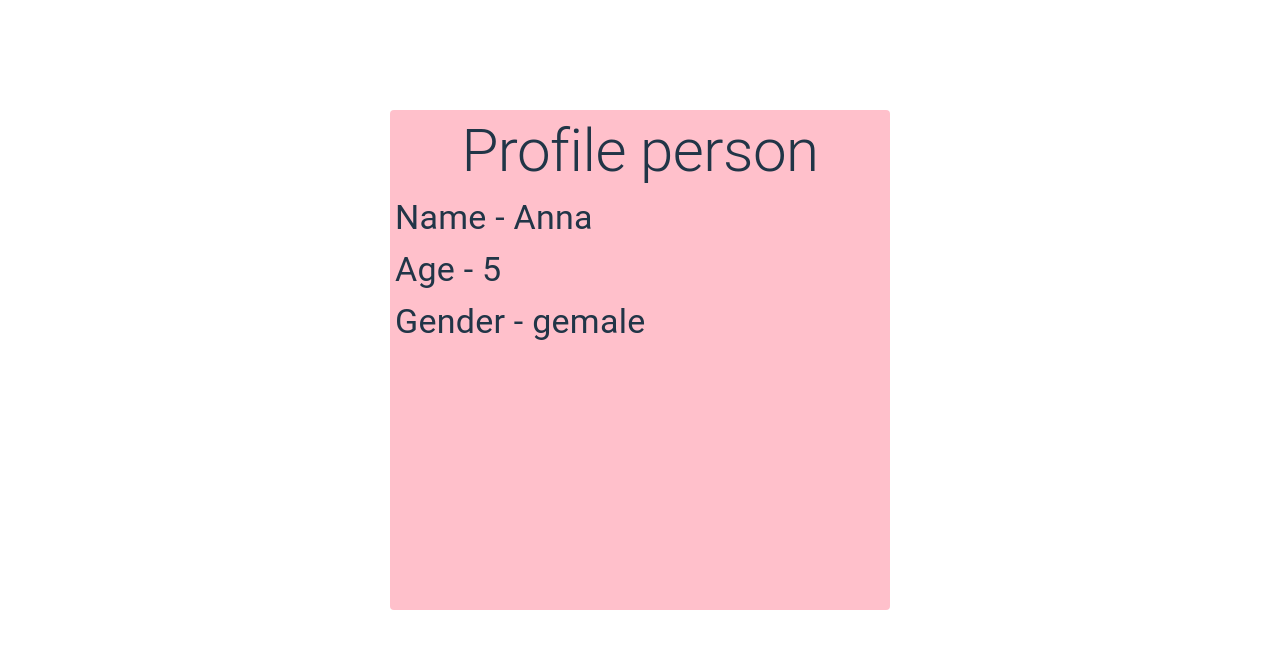
Repository: savannaaaas/props
Page: /
An editor plug-in stored every save of this project. The page is shown before and after the next save, followed by the edit.
The browser window is 1280 px wide. The pictures show the whole page.
The project was rebuilt for these pictures with package versions that can differ from the ones it lists, and the page was loaded fresh each time. Also part of the build but not shown: vite.config.js.

Above is the page before, as saved 2025-07-07 23:47:48.

### src/App.jsx
import "./App.css";
import Box from "@mui/material/Box";
import { Person } from "./components/Person";
/**1. Создать 6 любых компонент.
2. В компоненты передать props следующих типов данных:
number
string
boolean
object
function
array
3. Использовать в компонентах каждый prop.
4. Сделать деструктуризацию props. */
function App() {
  return (
    <Box
      sx={{
        width: 500,
        height: 500,
        borderRadius: 1,
        bgcolor: "pink",
      }}
    >
      <Person name={"Anna"} age={5} man={false} />
    </Box>
  );
}

export default App;

### src/components/Person.jsx
import Typography from "@mui/material/Typography";
export const Person = ({ name, age, man }) => {
  return (
    <>
      <Typography variant="h2" align="center" style={{ padding: "5px" }}>
        Profile person
      </Typography>
      <Typography variant="h4" align="left" style={{ padding: "5px" }}>
        Name - {name}
      </Typography>
      <Typography variant="h4" align="left" style={{ padding: "5px" }}>
        Age - {age}
      </Typography>
      <Typography variant="h4" align="left" style={{ padding: "5px" }}>
        Gender - {man ? "man" : "gemale"}
      </Typography>
    </>
  );
};

Loaded but not shown: index.html (common file); src/main.jsx (common file); src/index.css (common file); src/App.css (common file)

After the next save:
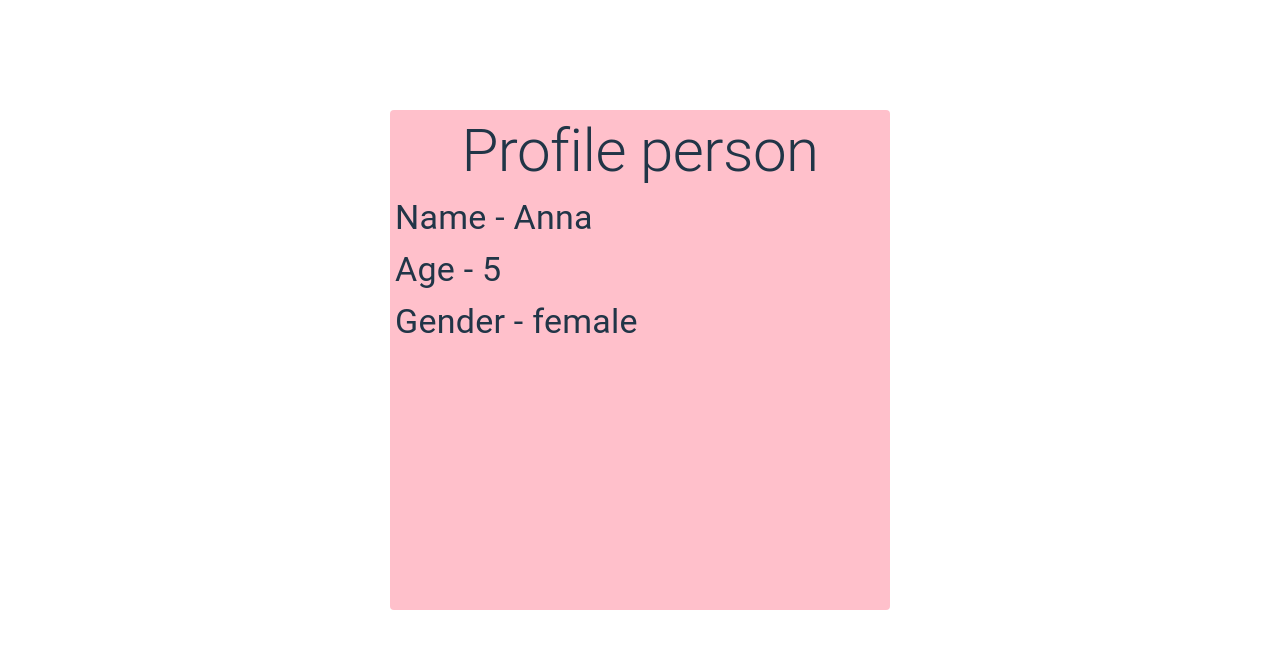
Saved 9 s later.
--- a/src/components/Person.jsx
+++ b/src/components/Person.jsx
@@ -12,7 +12,7 @@ export const Person = ({ name, age, man }) => {
         Age - {age}
       </Typography>
       <Typography variant="h4" align="left" style={{ padding: "5px" }}>
-        Gender - {man ? "man" : "gemale"}
+        Gender - {man ? "man" : "female"}
       </Typography>
     </>
   );
